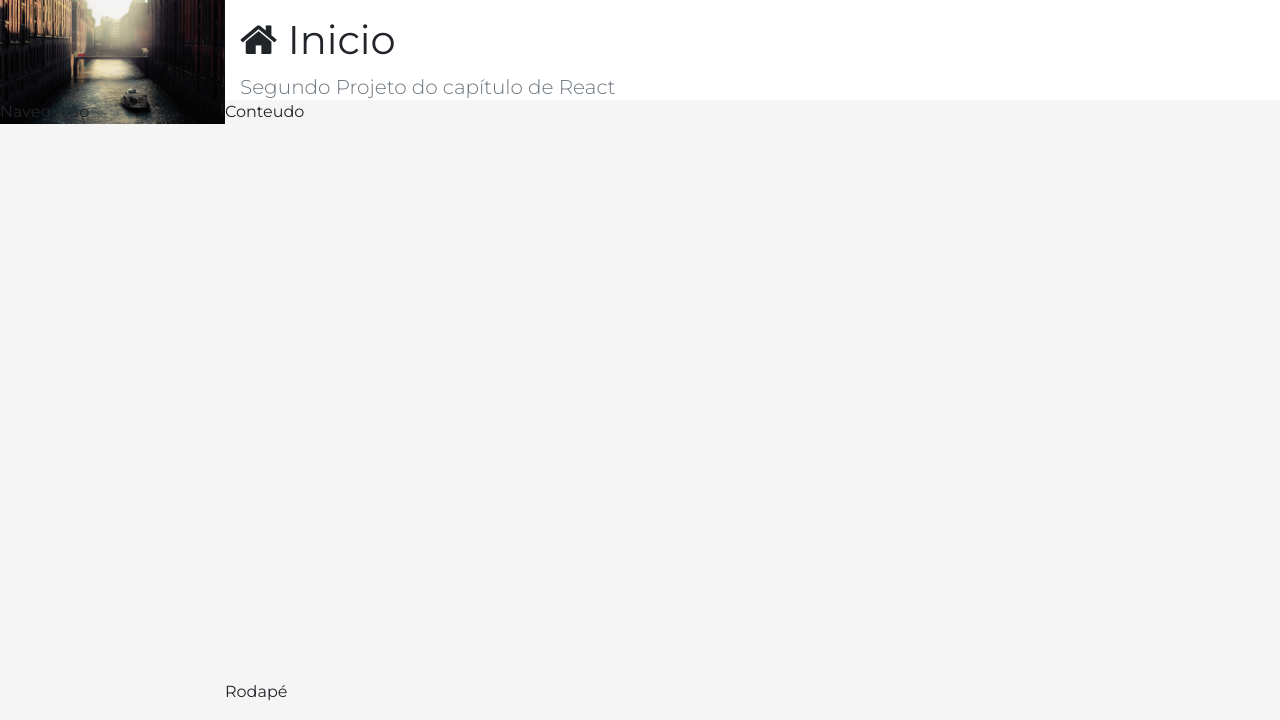
Repository: eversonps/projeto-cadastro-usuarios-firebase
Page: /users (app in frontend/)
An editor plug-in stored every save of this project. The page is shown before and after the next save, followed by the edit.
The browser window is 1280 px wide. The pictures show the whole page.
The project was rebuilt for these pictures with package versions that can differ from the ones it lists, and the page was loaded fresh each time. Also part of the build but not shown: frontend/src/components/template/nav.css, frontend/src/components/template/footer.css.

Above is the page before, as saved 2022-03-22 13:03:16.

After the next save:
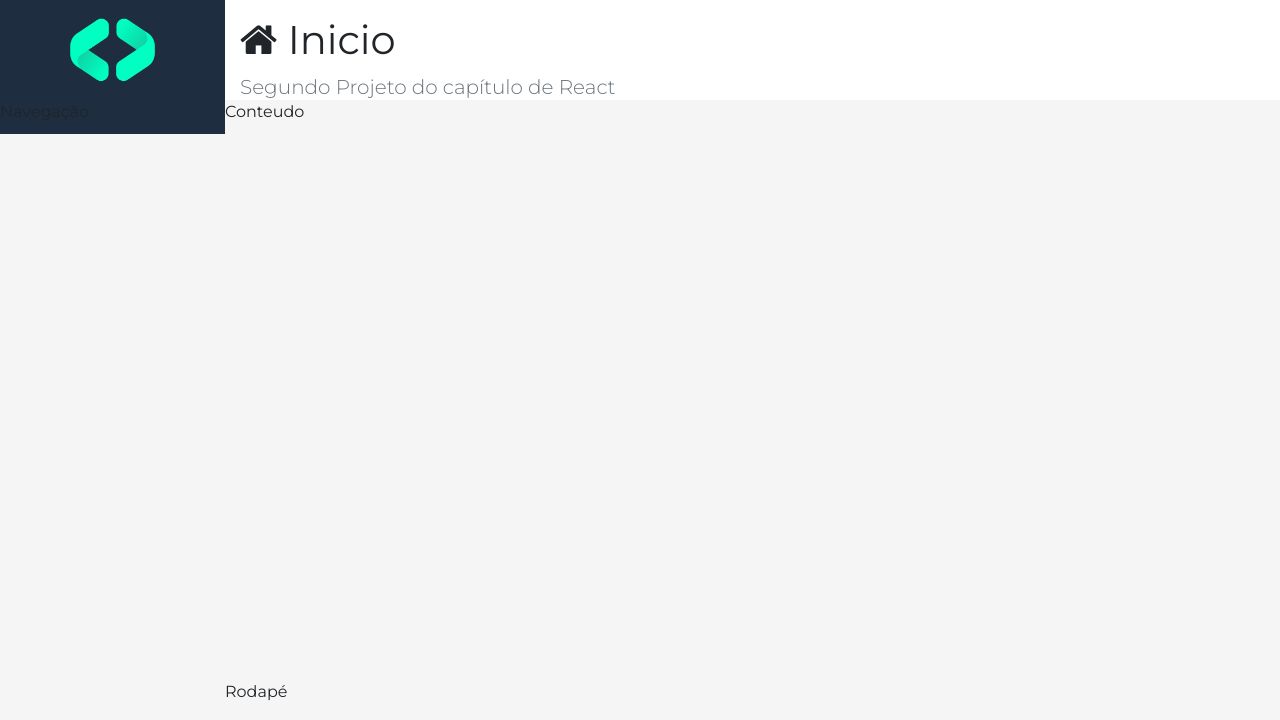
Saved 5 min 1 s later.
--- a/frontend/src/components/template/logo.jsx
+++ b/frontend/src/components/template/logo.jsx
@@ -1,6 +1,6 @@
 import React from "react"
 import "./logo.css"
-import logo from "../../assets/images/logo.jpg"
+import logo from "../../assets/images/logo.png"
 
 export default props => (
     <aside className="logo">
